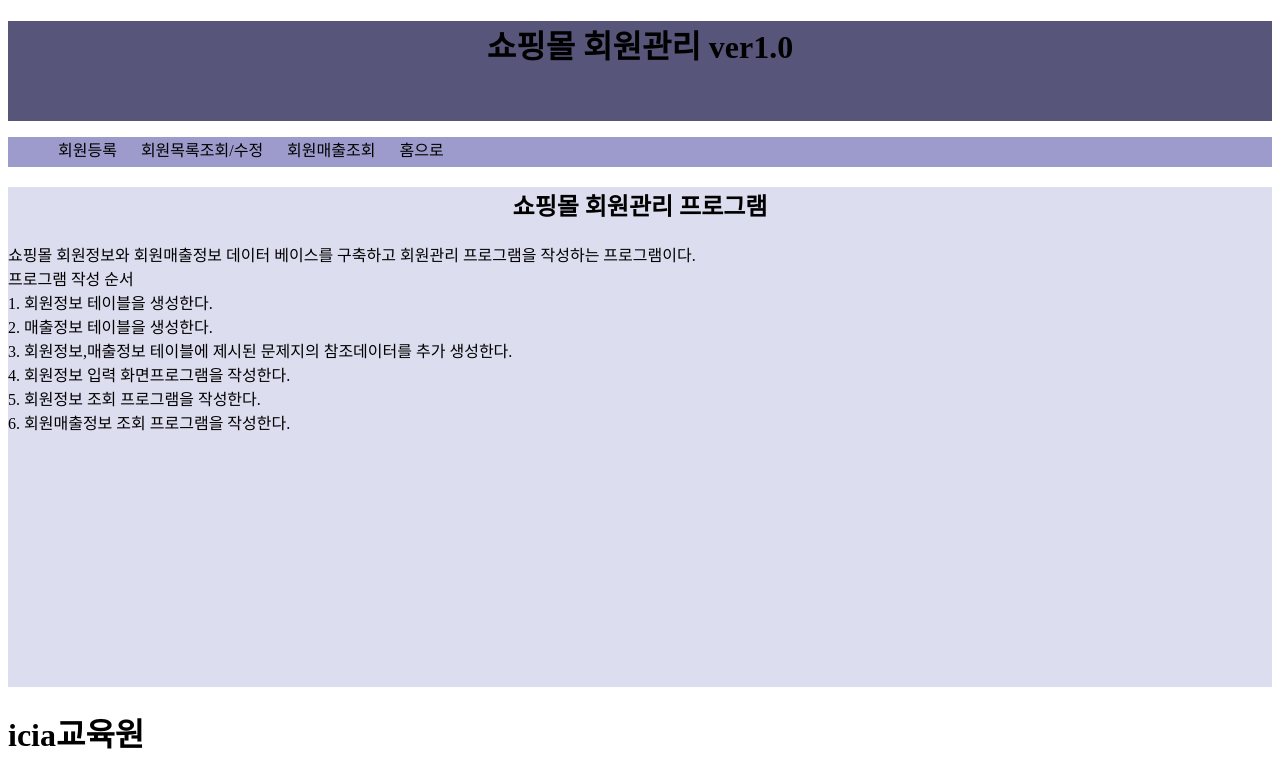
Repository: Kim-seongjun/javastudy2
Page: http://localhost/back_end_test/
The author's editor kept a copy of each file at every save. The page is drawn from the files as they stood at one save, then again after the next save.
The browser window is 1280 px wide. The pictures show the whole page.
The page is served by Tomcat 9.

Above is the page before, as saved 2020-01-22 01:32:16.

After the next save:
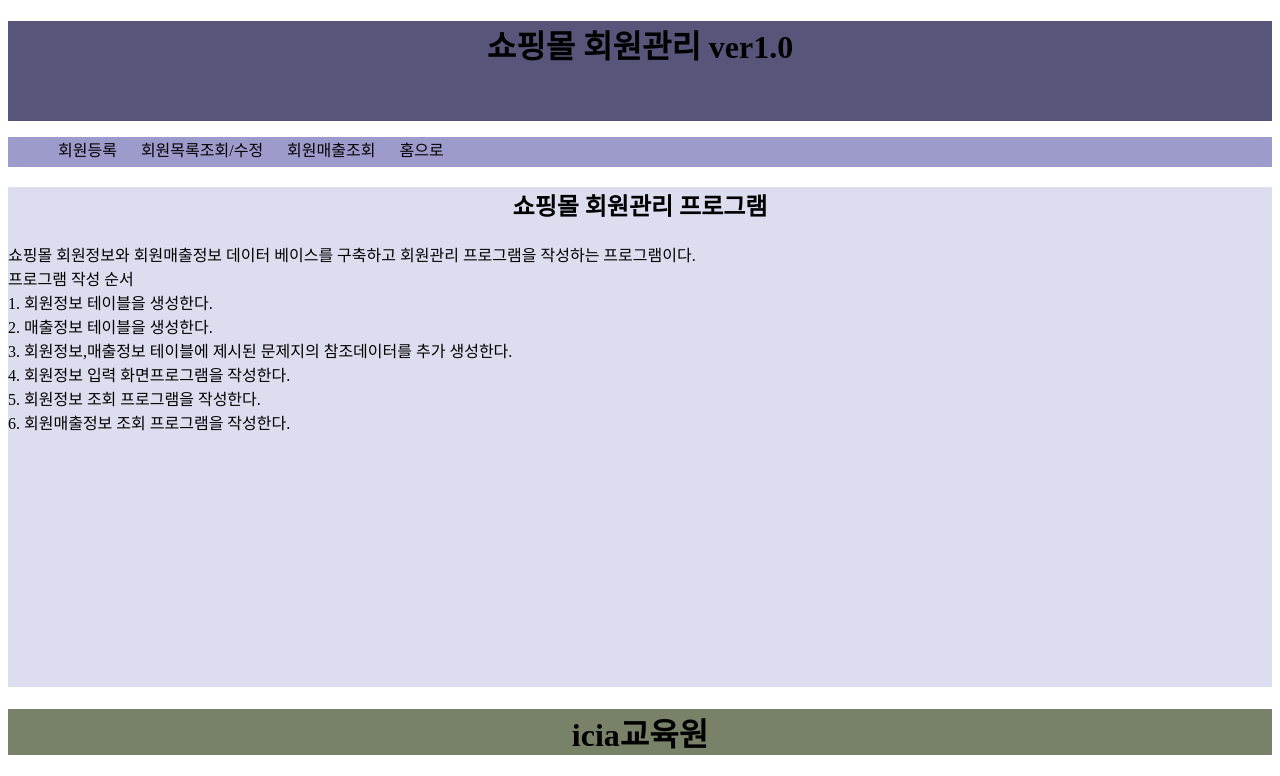
Saved 45 s later.
--- a/back_end_test/WebContent/index.jsp
+++ b/back_end_test/WebContent/index.jsp
@@ -14,6 +14,10 @@
 #section{
 	background-color: #DDDDF0;
 	height: 500px;
+}
+#footer{
+	text-align: center;
+	background-color: #778268;
 }
 </style>
 </head>
